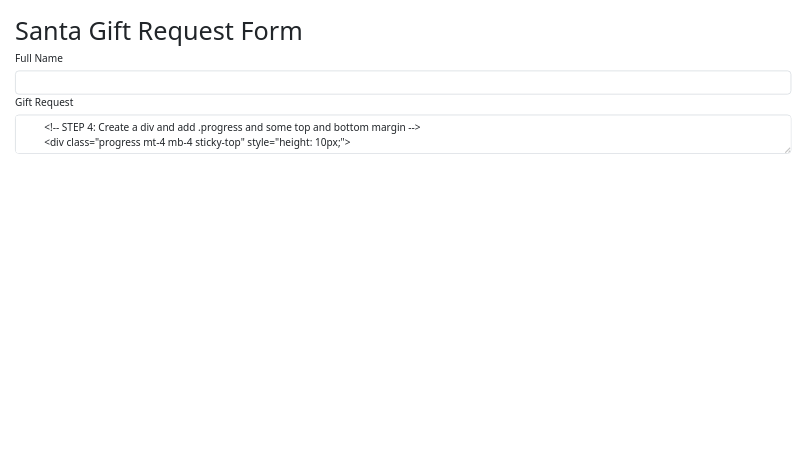
Repository: sarahlochhead/check-santas-list
Page: index.html
An editor plug-in stored every save of this project. The page is shown before and after a run of saves, followed by the edit.
The browser window is 1280 px wide. The pictures show the whole page, at 63% of full size.

Above is the page before, as saved 2022-11-25 21:30:14.

After the next 2 saves:
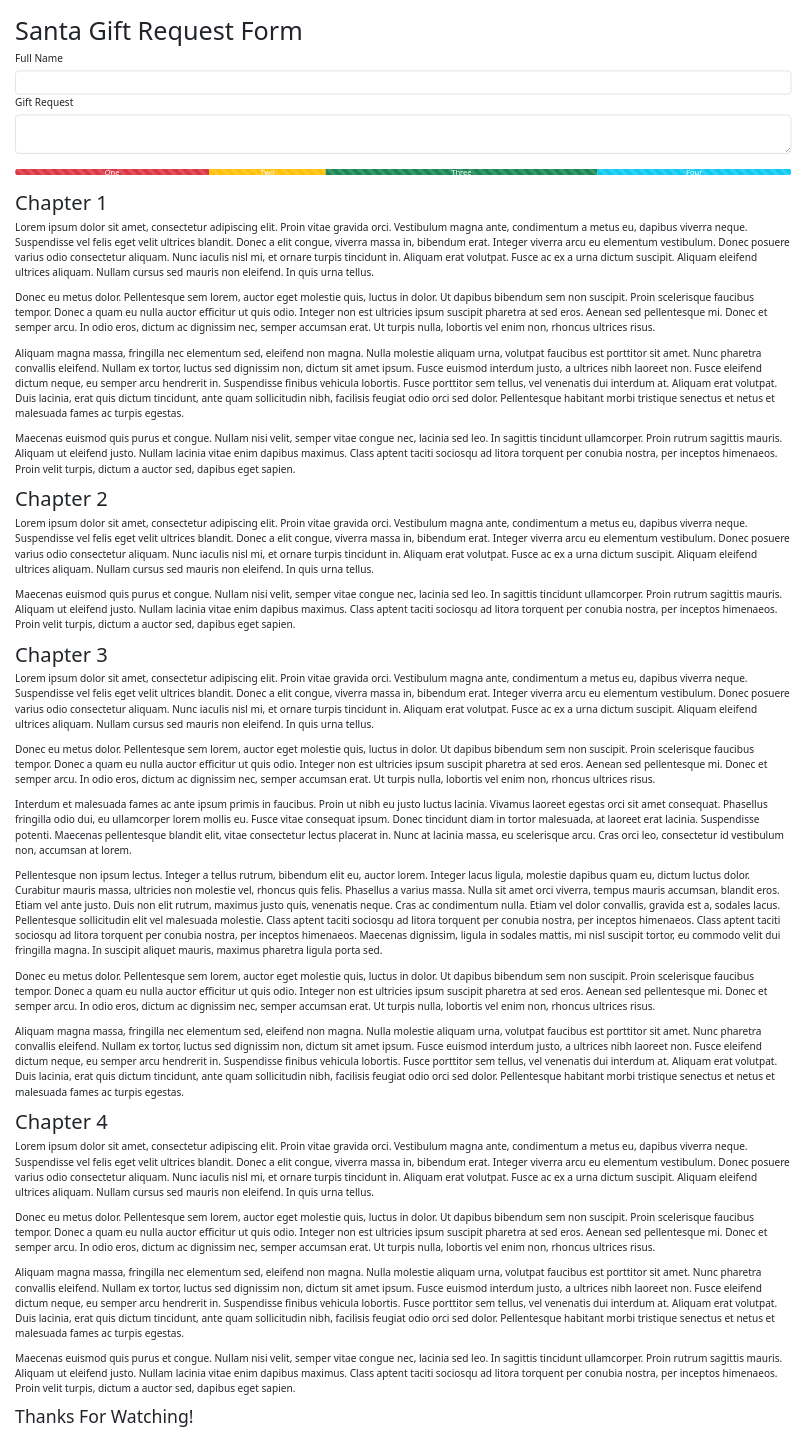
The 2 saves are shown as one change because they came seconds apart.
The last was saved 9 s later.
--- a/index.html
+++ b/index.html
@@ -18,7 +18,7 @@
             <input type="text" class="form-control" id="fullName" />
 
             <label for="giftRequest" class="form-label">Gift Request</label>
-            <textarea class="form-control" id="giftRequest"
+            <textarea class="form-control" id="giftRequest" row="3"></textarea>
 
 
         </form>
